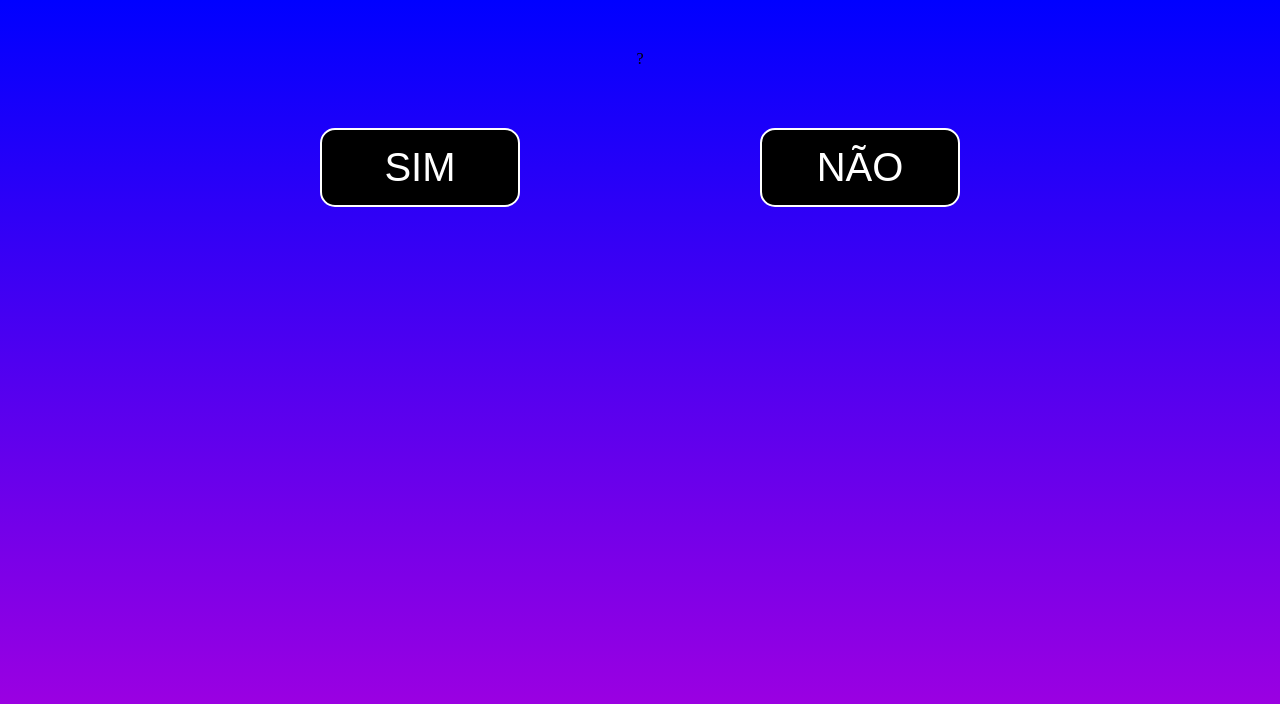
Repository: Matheus904-12/Namorar-
Page: index.html
An editor plug-in stored every save of this project. The page is shown before and after a run of saves, followed by the edit.
The browser window is 1280 px wide. The pictures show the whole page.

Above is the page before, as saved 2023-08-28 23:22:13.

### index.html
<!DOCTYPE html>
<html lang="en">

<head>
    <meta charset="UTF-8">
    <meta name="viewport" content="width=device-width, initial-scale=1.0">
    <title>Sim</title>

    <style>
        * {
            margin: 0;
            border: 0;
            padding: 0;
            box-sizing: border-box;
        }

        body {
            background: linear-gradient(blue, rgb(158, 0, 225));
            background-repeat: no-repeat;
            background-attachment: fixed;
        }

        .btn {
            color: #fff;
            background-color: #000;
            font: 300 40px 'Poppins', sans-serif;
            padding: 15px 30px;

            width: 200px;
            border-radius: 15px;
            border: 2px solid #fff;
            margin: 10px;

            cursor: pointer;
            transition: ease-in-out 0.3s;

            display: flex;
            align-items: center;
            justify-content: center;
        }

        .tituloPrincipal {
            font: 700 40px 'Poppins', sans-serif;
            color: #fff;
        }

        .titulo {
            text-align: center;
            margin: 50px 0;
        }

        .botoes {
            display: flex;
            justify-content: space-around;
            margin: 0 200px;
        }

        @media screen and (max-width: 768px) {
            .btn {
                display: flex;
                width: 100px;
                font: 300 30px 'Poppins', sans-serif;
            }

            .botoes {
                display: flex;
            }
        }
    </style>
    <script>
        function sim() {
            location.href = 'https://www.youtube.com/watch?v=2naK-o4XzXM';
        }

        function esquivo(btn) {
            btn.style.position = 'absolute';
            btn.style.bottom = posicao(10, 80);
            btn.style.left = posicao(10, 80);
        }

        function posicao(min, max) {
            return (Math.random() * (max - min + min)) + "%"
        }
    </script>
</head>

<body>
    <div class="titulo">
        <h1 class="tituloPrincipal"></h1>?</h1>
    </div>

    <div class="botoes">
        <div class="botaoS">
            <button class="btn" onclick="sim()">SIM</button>
        </div>
        <div class="botaoN">
            <button class="btn" onclick="esquivo(this)" onmouseover="esquivo(this)">NÃO</button>
        </div>
    </div>

</body>

</html>

After the next 3 saves:
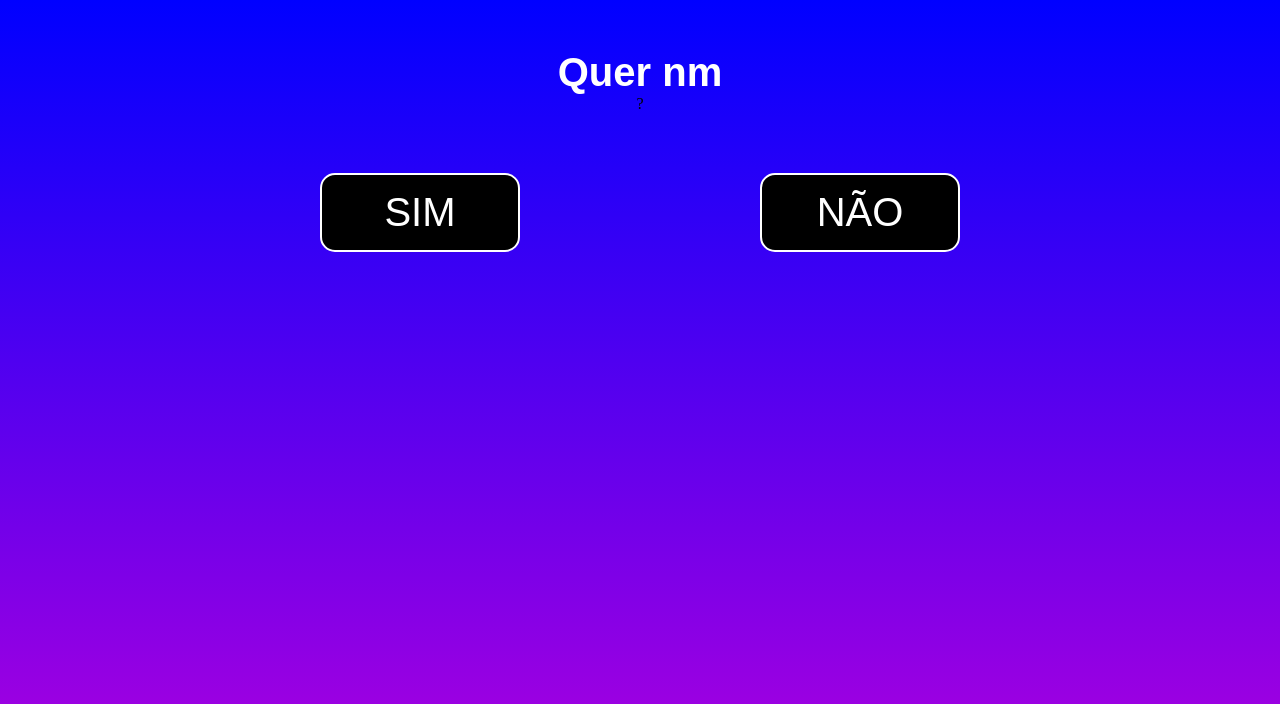
The 3 saves are shown as one change because they came seconds apart.
The last was saved 9 s later.
--- a/index.html
+++ b/index.html
@@ -86,7 +86,7 @@
 
 <body>
     <div class="titulo">
-        <h1 class="tituloPrincipal"></h1>?</h1>
+        <h1 class="tituloPrincipal">Quer nm</h1>?</h1>
     </div>
 
     <div class="botoes">
